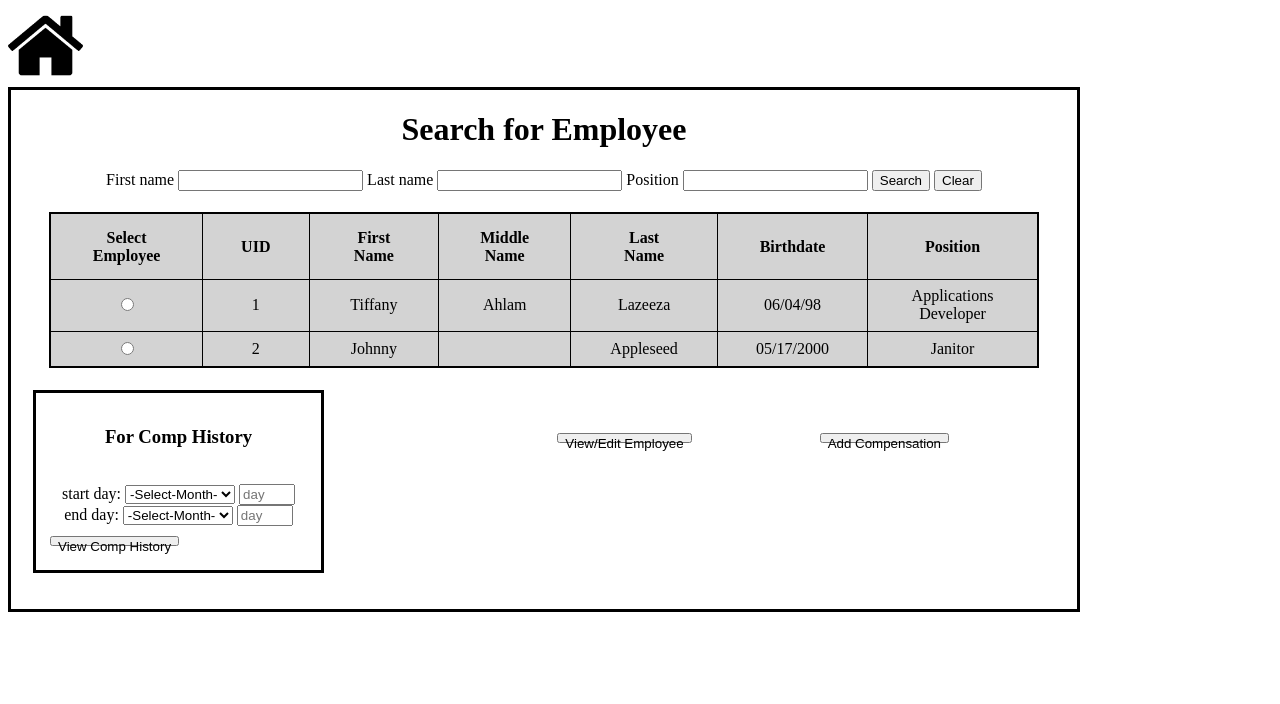
Repository: ticross18/SpringBootEmployeeSystem
Page: http://localhost/searchEmp
These files come from the project's save history. The page is drawn as it stood at one moment and after the next save; the edit follows.
The browser window is 1280 px wide. The pictures show the whole page.
The page is this project's Thymeleaf template; nobody is signed in. The template is opened directly, without the code that normally fills it, so the values that code supplies are empty.

Above is the page before, as saved 2022-05-17 18:13:49.

### EmploymentSystem/src/main/resources/templates/searchEmp.html
<!DOCTYPE html>
<html>
<head>
	<title>Search for Employee</title>
	<meta charset="UTF-8">
	<meta name="viewport" content="width=device-width, initial-scale=1.0">
	<link href="css/screens.css" rel="stylesheet" type="text/css">
</head>
<body>

<a href="/"><img src="images/homeIcon2.png" id="homeButton" alt="home button"></a>

<div id="SearchEmpBox" >
	<h1 id="title">Search for Employee</h1>

	<form>
		<label for="fname">First name </label>
		<input type="text" id="fname" name="fname">
		<label for="lname">Last name  </label>
		<input type="text" id="lname" name="lname">
		<label for="position">Position</label>
		<input type="text" id="position" name="position">
		<button type="button" name ="search">Search</button>
		<button type="clear" name ="clear">Clear</button>
	</form>

	<table border=1  rules=rows id="results" >
		<tr>
			<th>Select Employee</th>
			<th>UID</th>
			<th>First Name</th>
			<th>Middle Name</th>
			<th>Last Name</th>
			<th>Birthdate</th>
			<th>Position</th>
		</tr>
		 <tr class="entries">
			<td><input type="radio" name="edit" class="editEmp"/></td>
			<td>1</td>
			<td>Tiffany</td>
			<td>Ahlam</td>
			<td>Lazeeza</td>
			<td>06/04/98</td>
			<td>Applications Developer</td>
		</tr>
		 <tr class="entries">
			<td><input type="radio" name="edit" class="editEmp"/></td>
			<td>2</td>
			<td>Johnny</td>
			<td></td>
			<td>Appleseed</td>
			<td>05/17/2000</td>
			<td>Janitor</td>
		</tr>

	</table>

     <button type="button" class="optionButtons" onclick="location.href = '#';" style="float:right; margin-top:6vh;" id="addEmp" > Add Compensation </button>

     <button type="button" class="optionButtons" onclick="location.href = '#';" style="float:right; margin-top:6vh;" id="viewEditEmp"> View/Edit Employee </button>

	<div id="dateRange">
		<h3>For Comp History</h3><br>

		<label >start day:</label>
		    <select class='monthDropDown'>
			    <option selected value=''>-Select-Month-</option>
			    <option value='1'>January</option>
			    <option value='2'>February</option>
			    <option value='3'>March</option>
			    <option value='4'>April</option>
			    <option value='5'>May</option>
			    <option value='6'>June</option>
			    <option value='7'>July</option>
			    <option value='8'>August</option>
			    <option value='9'>September</option>
			    <option value='10'>October</option>
			    <option value='11'>November</option>
			    <option value='12'>December</option>
		    </select>
		    <input type="number"min="0" max="31" placeholder="day"/>

		    <br>

		<label>end day:</label>
		<select class='monthDropDown'>
		    <option selected value=''>-Select-Month-</option>
		    <option value='1'>January</option>
		    <option value='2'>February</option>
		    <option value='3'>March</option>
		    <option value='4'>April</option>
		    <option value='5'>May</option>
		    <option value='6'>June</option>
		    <option value='7'>July</option>
		    <option value='8'>August</option>
		    <option value='9'>September</option>
		    <option value='10'>October</option>
		    <option value='11'>November</option>
		    <option value='12'>December</option>
	    </select>
	    <input type="number"min="0" max="31" placeholder="day"/>
	     <br><button type="button" class="optionButtons" onclick="location.href = '#';" id="compHistory" > View Comp History </button>

	</div>


</div>
</body>
</html>

### EmploymentSystem/src/main/resources/static/css/screens.css
.container {
   display: flex;

}

#homeButton{
	width:75px;
	height:75px;
	position: relative;
}

.asterisk{
	color: red;
}

#addEmpBox {
	padding-left: 40vw;
	border: 3px solid rgb(0, 0, 0);
	padding-bottom: 15px;
}

#addEmpBox input {
	margin-bottom: 15px;
	padding: 2px;
}

#SearchEmpBox {
	border: 3px solid rgb(0, 0, 0);
	padding-bottom: 15px;
	margin-right: 15vw;
	text-align: center;
}

#userInput {
	display:inline-table;
}

#results {
	border: 2px solid black;
	margin: 10px;
	background-color: lightgrey;
	border-collapse: collapse;
	margin:  3vh 3vw;
}

#results th {
	padding: 2vh 3vw;
	border-left: 1px solid #000;
    border-right: 1px solid #000;
}

#results td {
	padding: 1vh 3vw ;
	border-left: 1px solid #000;
    border-right: 1px solid #000;

}

#finalEdit{
	text-align: left;
	position: left;
}

button.optionButtons {
	margin-top: 10px;
	margin-right: 10vw;
	height: 10px;
}

button.optionButtons:active {
  box-shadow: 0 5px #666;
  transform: translateY(4px);
}

button.optionButtons:hover {
  background-color: rgb(255, 255, 128);
  cursor: pointer;
}

#dateRange {
	border: 3px solid rgb(0, 0, 0);
	width:fit-content;
	margin: 3vh;
	padding: 2vh;
}



.monthDropDown {
	width:110px;
}


tr.entries:hover {
  background-color: white;
  cursor: pointer;
}

After the next save:
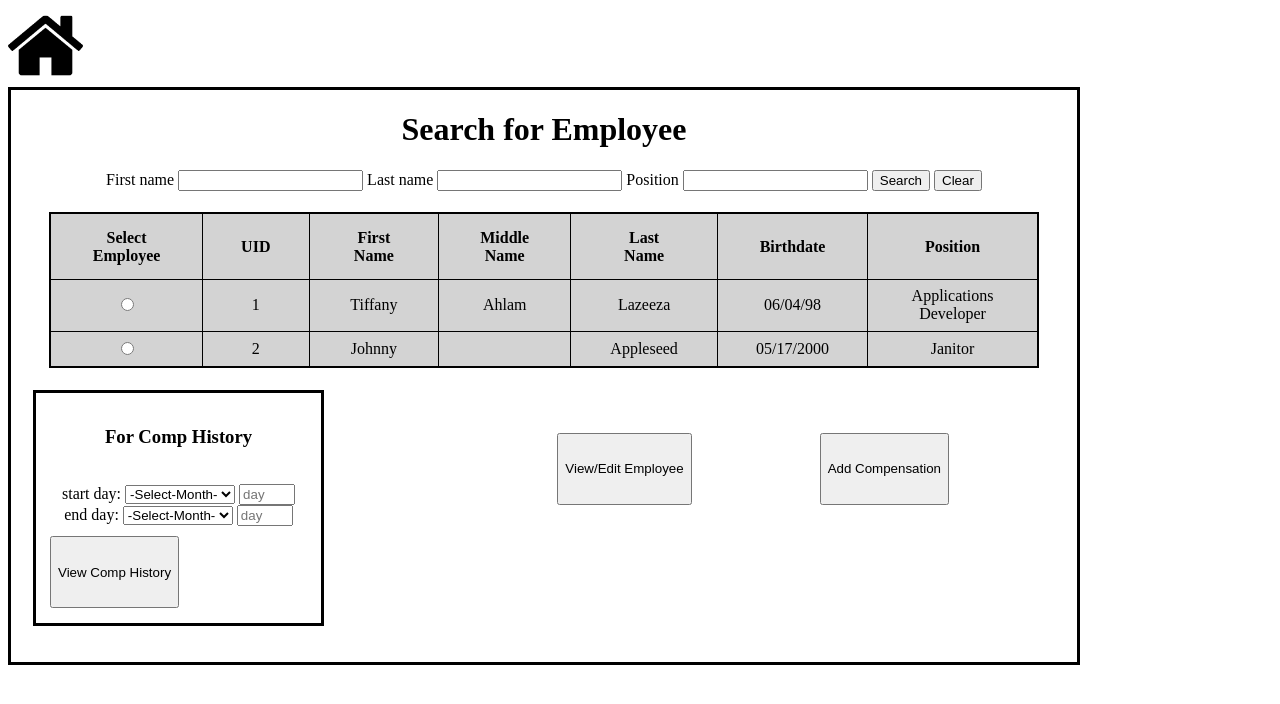
Saved 4 s later.
--- a/EmploymentSystem/src/main/resources/static/css/screens.css
+++ b/EmploymentSystem/src/main/resources/static/css/screens.css
@@ -64,7 +64,7 @@
 button.optionButtons {
 	margin-top: 10px;
 	margin-right: 10vw;
-	height: 10px;
+	height: 10vh;
 }
 
 button.optionButtons:active {
